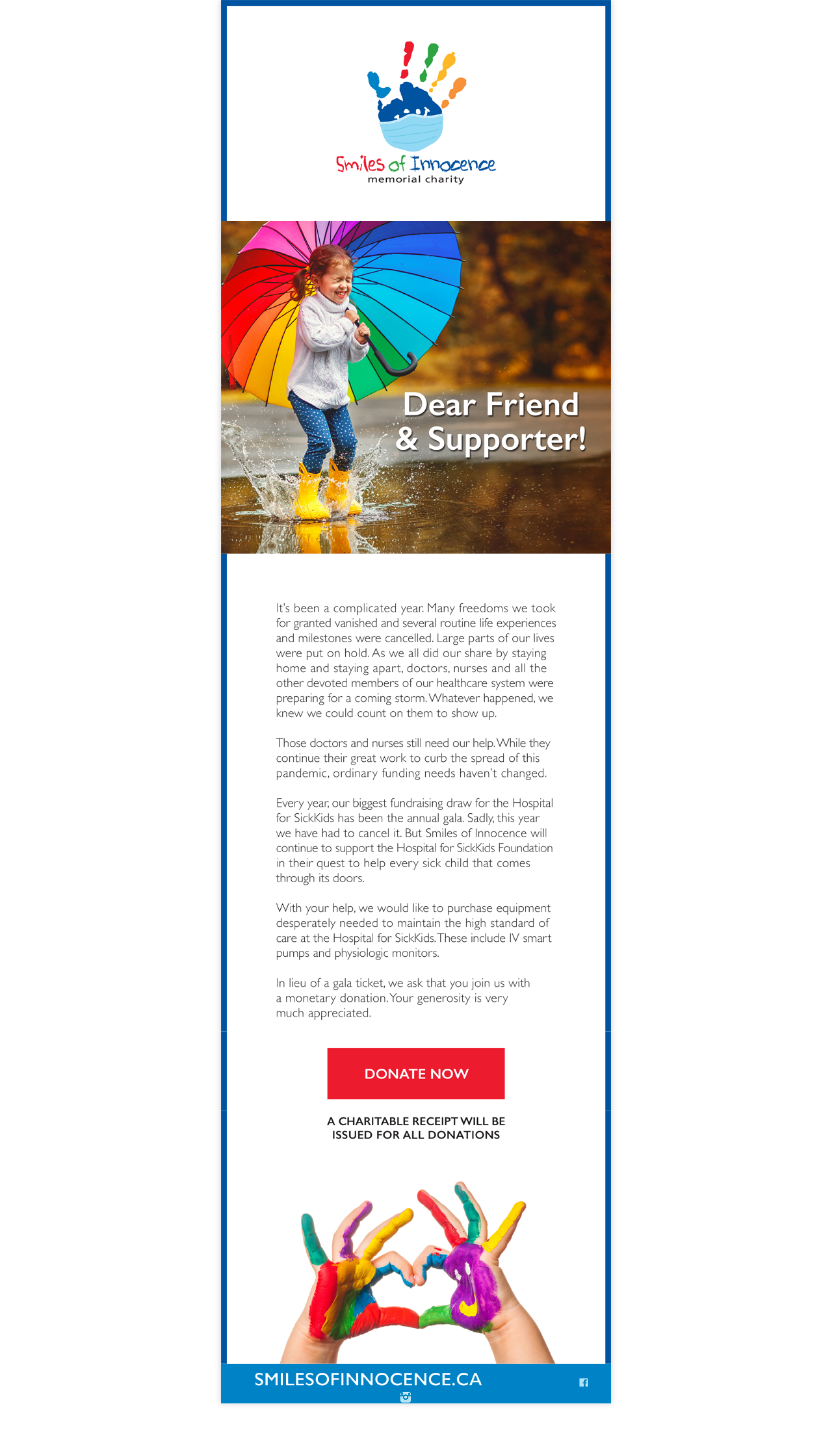
Repository: Danieldev28/7188-SMIL-2020-Opening-Ecast-Revised
Page: index1.html
The author's editor kept a record of every edit. The page is drawn from the files as they stood at one moment, then again after the next edit.
The browser window is 1280 px wide. The pictures show the whole page, at 65% of full size.

Above is the page before.

After the next edit:
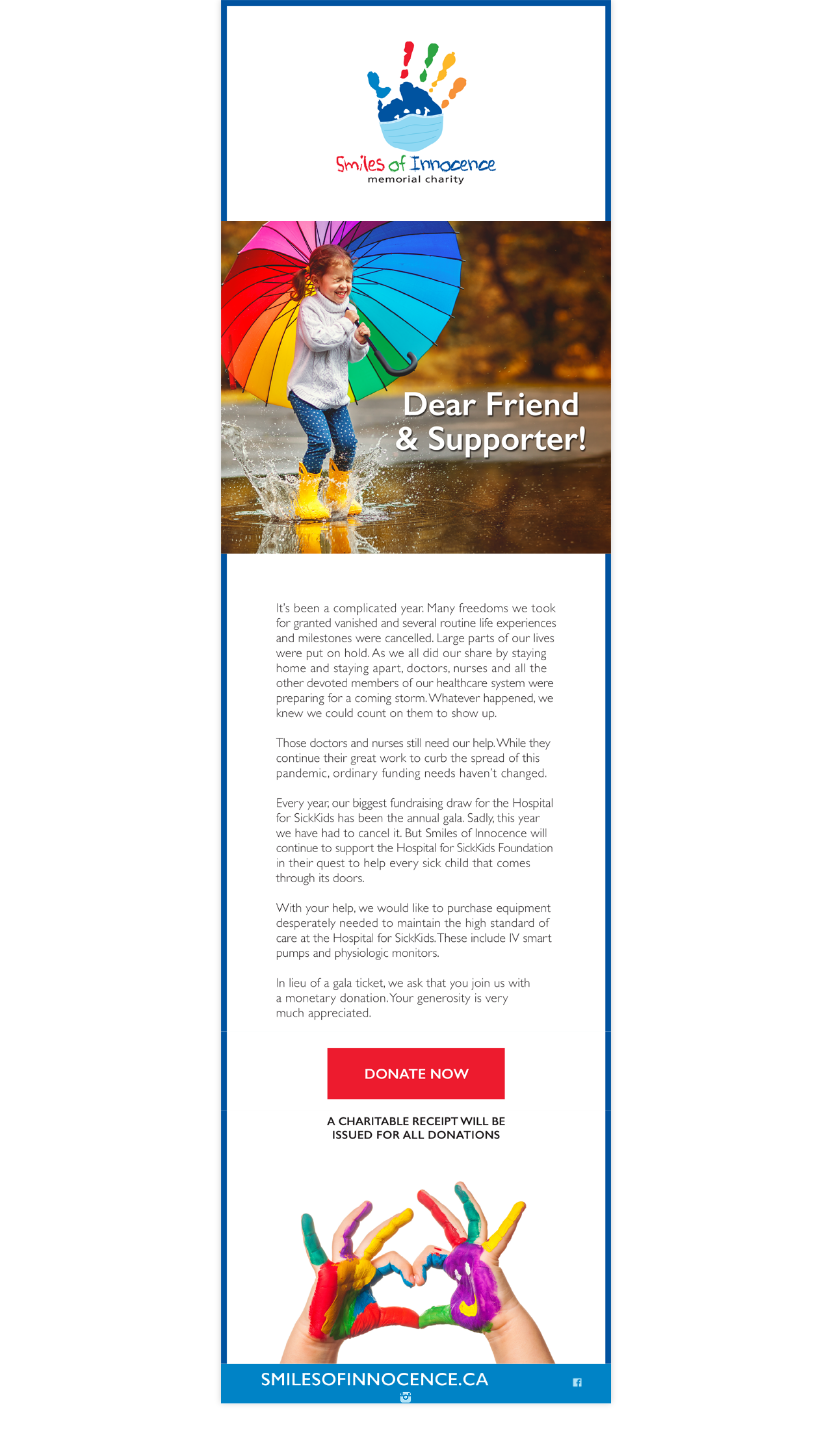
The edit:
--- a/index1.html
+++ b/index1.html
@@ -217,7 +217,7 @@
                                             <a href="" target"_blank"><img src="images/smiles-of-innocence.png" style="padding-left:20px;"alt="" class="" title="Smiles Of Innocence"width=""
                                          border="0"></a>
 
-                                         <a href="" target"_blank"><img src="images/facebook.png"style="margin-left:100px;"alt="Facebook"title="Facebook"width="27"
+                                         <a href="" target"_blank"><img src="images/facebook.png"style="margin-left:80px;"alt="Facebook"title="Facebook"width="27"
                                          border="0"></a>
 
                                            <a href="" target"_blank"><img src="images/instagram.png" style="padding-left:12px;padding-right:45px;"alt=""title=""width="27"
